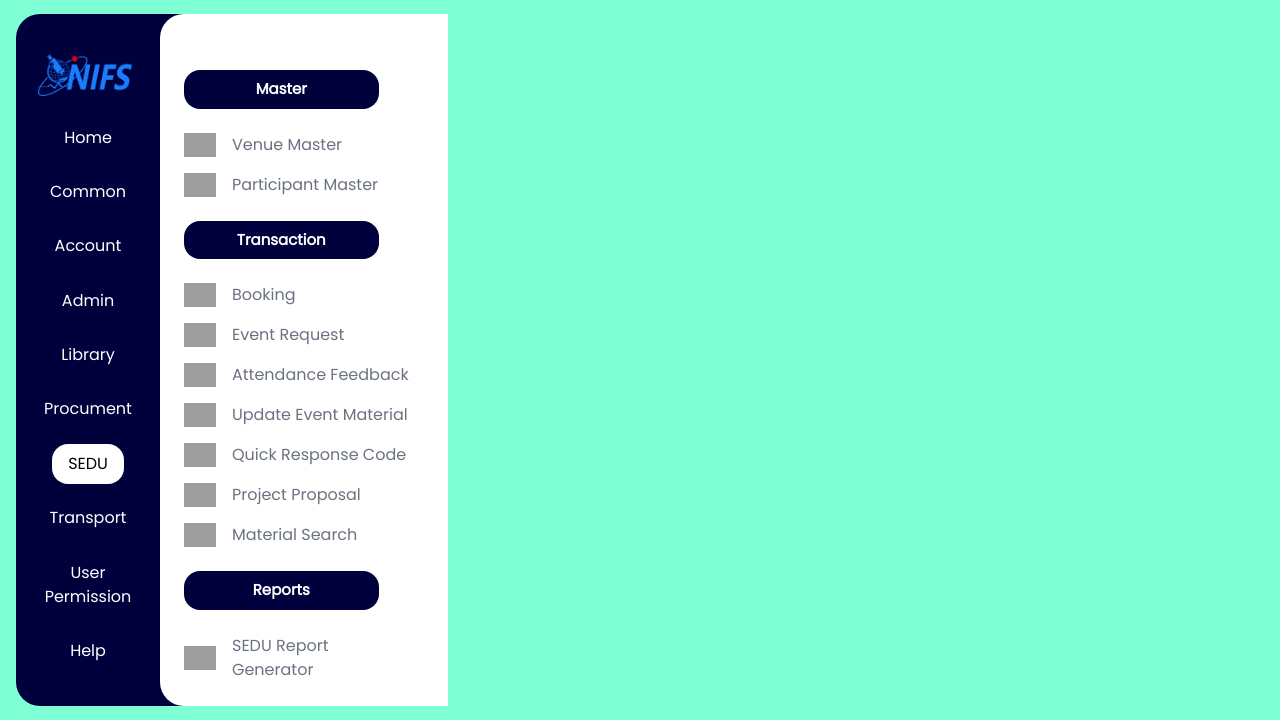
Repository: virangaj/NIFS-WebApp
Page: /sedu (app in client/)
These files come from the project's save history. The page is drawn as it stood at one moment and after the next save; the edit follows.
The browser window is 1280 px wide. The pictures show the whole page.
Pictures or frames that could not be fetched are drawn as grey boxes. The project was rebuilt for these pictures with package versions that can differ from the ones it lists, and the page was loaded fresh each time. Also part of the build but not shown: client/src/pages/Login.tsx, client/src/pages/Home.tsx, client/src/components/Transport/shared/TransportNavbar.js, client/src/pages/TransportMainPage.tsx, client/src/pages/CommonMainPage.tsx, client/src/pages/AccountMainPage.tsx, client/src/pages/AdminMainPage.tsx, client/src/pages/LibraryMainPage.js and 15 more.

Above is the page before, as saved 2022-07-30 23:47:02.

### client/public/index.html
<!DOCTYPE html>
<html lang="en">
	<head>
		<meta charset="utf-8" />
		<link rel="icon" href="nifs_logo.png" />
		<meta name="viewport" content="width=device-width, initial-scale=1" />
		<meta name="theme-color" content="#000000" />
		<meta
			name="description"
			content="Web site created using create-react-app"
		/>
		<link rel="apple-touch-icon" href="%PUBLIC_URL%/logo192.png" />
		<!--
      manifest.json provides metadata used when your web app is installed on a
      user's mobile device or desktop. See https://developers.google.com/web/fundamentals/web-app-manifest/
    -->
		<link rel="manifest" href="%PUBLIC_URL%/manifest.json" />
		<!--
      Notice the use of %PUBLIC_URL% in the tags above.
      It will be replaced with the URL of the `public` folder during the build.
      Only files inside the `public` folder can be referenced from the HTML.

      Unlike "/favicon.ico" or "favicon.ico", "%PUBLIC_URL%/favicon.ico" will
      work correctly both with client-side routing and a non-root public URL.
      Learn how to configure a non-root public URL by running `npm run build`.
    -->
		<link
			href="https://fonts.googleapis.com/css?family=Poppins"
			rel="stylesheet"
		/>
		<title>NIFS Dashboard</title>
	</head>
	<body>
		<noscript>You need to enable JavaScript to run this app.</noscript>
		<div id="root"></div>
		<!--
      This HTML file is a template.
      If you open it directly in the browser, you will see an empty page.

      You can add webfonts, meta tags, or analytics to this file.
      The build step will place the bundled scripts into the <body> tag.

      To begin the development, run `npm start` or `yarn start`.
      To create a production bundle, use `npm run build` or `yarn build`.
    -->
	</body>
</html>

### client/src/index.css
@tailwind base;
@tailwind components;
@tailwind utilities;

* {
  margin: 0;
}

body {
  font-family: 'Poppins';
  -webkit-font-smoothing: antialiased;
  -moz-osx-font-smoothing: grayscale;
  background-color: aliceblue;

}

::-webkit-scrollbar {
  display: none;
}


:root {
  --main-navbar-back: #00003c;
  --nav-title-section-back: rgba(47, 163, 72, 0.589);
  --white: #fff;
  --black: #000;
  --gray: rgba(68, 68, 68, 0.432);
  --border-radius: 10px;
  --pimary: rgb(10, 94, 133);
  --warning: #ed3d63;
  --secondary-nav-color: rgb(255, 255, 255);
}


.nav-logo {
  width: 100px;
  height: auto;
  margin-bottom: 2vh;
}

a {
  text-decoration: none;
}

.border-l-rounded {}

/* main navbar */
.main-nav-bg {
  background-color: var(--main-navbar-back) !important;
}

.main-navbar {
  background-color: var(--main-navbar-back) !important;
  width: 100% !important;
  height: 80px !important;

}

/* secondary navbar */

.sec-nav-bg {
  background-color: var(--secondary-nav-color);
}

.secondary-navbar {
  margin: auto;
}

.nav-flex-section {
  display: -webkit-flex;
  display: -ms-flexbox;
  display: flex;
  -webkit-flex-wrap: wrap;
  -ms-flex-wrap: wrap;
  flex-wrap: wrap;
  justify-content: center;
}

.nav-flex-inside {
  margin-left: 5px;
  margin-left: 5px;
}

.nav-title {
  font-size: 15px;
  text-align: center;
  color: var(--white);
  font-weight: 600;

}

.nav-title-section {
  /* border-radius: var(--border-radius);
  background-color: var(--nav-title-section-back);
  box-shadow: rgba(100, 100, 111, 0.2) 0px 7px 29px 0px;
  pointer-events: none;
  margin-left: 10px;
  margin-left: 10px; */
  background-color: var(--main-navbar-back);
}

.nav-icon {
  width: 40px;
}

.nav-link {
  display: flex;
  display: -webkit-flex;
  display: -ms-flexbox;
  flex-direction: column;
  align-items: center;
  font-size: 14px;
  margin-left: 5px;
  margin-right: 5px;
  border: none;
  box-shadow: rgba(100, 100, 111, 0.2) 0px 7px 29px 0px;
  padding: 4px 8px 6px 8px;
  margin-bottom: 10px;
  text-align: center;
  width: 125px;
  border-radius: var(--border-radius);
  background-color: var(--white);
  outline: none;
  min-height: 120px;
}

.nav-link:hover {
  color: var(--pimary);
  cursor: pointer;
  box-shadow: rgba(81, 146, 177, 0.2) 0px 7px 29px 0px;
  background-color: rgb(254, 255, 205);
  border-bottom: 2px solid var(--warning);
}


.nav-link:active {
  color: var(--pimary);
  cursor: pointer;
  box-shadow: rgba(81, 146, 177, 0.2) 0px 7px 29px 0px;
  background-color: rgb(205, 248, 255);
  border-bottom: 2px solid var(--warning);
}

.nav-link-active {
  color: var(--pimary);
  cursor: pointer;
  box-shadow: rgba(81, 146, 177, 0.2) 0px 7px 29px 0px;
  background-color: rgb(205, 248, 255);
  border-bottom: 2px solid var(--warning);
}

/* body content*/
.body-content {
  margin: auto;
  width: 90%;
  margin-top: 12vh;

}

/* main page content */
.main-content {
  width: 90%;
  margin: auto;
  margin-top: 20px;
}

/* sub page content */

.sub-body-content {
  border: 2px solid var(--gray);
  border-radius: var(--border-radius);
  padding: 10px;
}

.sub-body-title {
  font-size: 24px;
}



/* error page */
.error-page {
  border: 2px solid var(--gray);
  border-radius: var(--border-radius);
  height: 50vh;
  width: 50vw;
  margin: auto;
  margin-top: 50px;
}

.error-page-content {
  display: flex;
  flex-direction: column;
  align-items: center;
  text-align: center !important;
  margin-top: 50px;
}

.error-page-content h1 {
  font-size: 100px;
  color: var(--warning);
  font-weight: 700;
  pointer-events: none;

}

.error-page-content p {
  font-size: 20px;
  margin-bottom: 20px;
  pointer-events: none;
}


@media screen and (max-width: 1366px) {
  body {
    background-color: aquamarine;
  }

  .nav-link {
    font-size: 12px;
    padding: 4px 4px 6px 4px;
    width: 100px;
    min-height: 100px;
  }

  .nav-icon {
    width: 35px;
  }
}

### client/src/App.tsx
import React, { useEffect } from 'react';
import Navbar from './components/shared/Navbar';
import Login from './pages/Login'
import { BrowserRouter as Router, Route, Routes } from 'react-router-dom'
import Home from './pages/Home';
import TransportMainPage from './pages/TransportMainPage';
import CommonMainPage from './pages/CommonMainPage';
import AccountMainPage from './pages/AccountMainPage';
import AdminMainPage from './pages/AdminMainPage';
import LibraryMainPage from './pages/LibraryMainPage';
import ProcumentMainPage from './pages/ProcumentMainPage';
import SeduMainPage from './pages/SeduMainPage';
import UserPermissionMainPage from './pages/UserPermissionMainPage';
import NotificationMainPage from './pages/NotificationMainPage';
import HelpMainPage from './pages/HelpMainPage';
import ErrorPage from './pages/ErrorPage';
import VerticalMainNavbar from './components/shared/VerticalMainNavbar';


function App() {


  return (
    <div className='w-[98%] flex mx-auto flex-col h-[100vh]'>
      <Router>
        {/* <Navbar /> */}
        <div>
          <VerticalMainNavbar />
        </div>
        <div className='overflow-y-scroll ml-4 scroll-bar'>
          <Routes>
            <Route path="/login" element={<Login />} />
            <Route path="/" element={<Home />} />
            <Route path="/common/*" element={<CommonMainPage />} />
            <Route path="/account/*" element={<AccountMainPage />} />
            <Route path="/admin/*" element={<AdminMainPage />} />
            <Route path="/library/*" element={<LibraryMainPage />} />
            <Route path="/procument/*" element={<ProcumentMainPage />} />
            <Route path="/sedu/*" element={<SeduMainPage />} />
            <Route path="/transport/*" element={<TransportMainPage />} />
            <Route
              path="/user-permission/*"
              element={<UserPermissionMainPage />}
            />
            <Route
              path="/notification/*"
              element={<NotificationMainPage />}
            />
            <Route path="/help/*" element={<HelpMainPage />} />
            <Route path="/error-404" element={<ErrorPage />} />
          </Routes>
        </div>


      </Router>
    </div>
  );
}

export default App;

### client/src/pages/SeduMainPage.tsx
import React from 'react';
import { Route, Routes } from 'react-router-dom';
import AttendanceFeedback from '../components/sedu/AttendanceFeedback';
import EventRequest from '../components/sedu/EventRequest';
import MaterialSearch from '../components/sedu/MaterialSearch';
import ParticipantMaster from '../components/sedu/ParticipantMaster';
import ProjectProposal from '../components/sedu/ProjectProposal';
import QuickResponseCode from '../components/sedu/QuickResponseCode';
import SeduBooking from '../components/sedu/SeduBooking';
import SeduReportGenerator from '../components/sedu/SeduReportGenerator';
import SeduSecondaryNavbar from '../components/sedu/shared/SeduSecondaryNavbar';
import UpdateEventMaterial from '../components/sedu/UpdateEventMaterial';
import VenueMaster from '../components/sedu/VenueMaster';
import SecondaryNavbar from '../components/shared/SecondaryNavbar';
import Pages from '../components/data/SeduNavData.json'
import VerticalSecondaryNavbar from '../components/shared/VerticalSecondaryNavbar';

// sedu main page where all other section of sedu department can be access from here
function SeduMainPage() {
	// console.log(Pages);


	return (

		<div className="body-position" >
			{/* <SeduSecondaryNavbar /> */}
			{/* <SecondaryNavbar pages={Pages} /> */}
			{/* <div className="main-content"> */}
			<div className='secondary-nav-position'>
				<VerticalSecondaryNavbar pages={Pages} />
			</div>
			<div>
				<Routes>
					<Route path="/venue-master" element={<VenueMaster />} />
					<Route path="/participant-master" element={<ParticipantMaster />} />
					<Route path="/booking" element={<SeduBooking />} />
					<Route path="/event-request" element={<EventRequest />} />
					<Route path="/attendance-feedback" element={<AttendanceFeedback />} />
					<Route path="/update-material" element={<UpdateEventMaterial />} />
					<Route path="/quick-response" element={<QuickResponseCode />} />
					<Route path="/project-proposal" element={<ProjectProposal />} />
					<Route path="/material-search" element={<MaterialSearch />} />
					<Route path="/report-generator" element={<SeduReportGenerator />} />

				</Routes>
			</div>
		</div >);
}

export default SeduMainPage;

### client/src/components/shared/VerticalMainNavbar.tsx
import { Button } from '@mui/material'
import React from 'react'
import { Link, useLocation } from 'react-router-dom'
import Pages from '../data/MainNavPages.json'
import { HiMenuAlt2 } from "react-icons/hi";
import Logo from '../../images/nifs_logo.png'


function VerticalMainNavbar() {

    const location: any = useLocation();

    return (
        <>
            <div className='fixed left-0 w-48 top-[2vh] main-nav-bg ml-4 rounded-l-3xl'>
                <div className='h-[96vh] w-36 flex flex-col items-center py-10 px-2'>
                    <Link to='/'>
                        <img src={Logo} alt="logo" className="nav-logo" />
                    </Link>
                    {Pages.map((page, index) => (
                        location.pathname.split('/')[1] === page.link.split('/')[1] ?
                            <Link to={page.link} style={{ textDecoration: 'none' }} key={index}>
                                <button className='bg-white my-[1vh] px-4 py-2 rounded-2xl text-black'>
                                    {page.title}
                                </button>
                            </Link>
                            :
                            <Link to={page.link} style={{ textDecoration: 'none' }} key={index}>
                                <button className='my-[1vh] px-4 py-2 rounded-2xl text-white'>

                                    {page.title}
                                </button>
                            </Link>
                    ))}
                </div>
            </div>
            {/* <div className='fixed left-0 w-24 top-[2vh] visible md:invisible main-nav-bg ml-2 rounded-l-3xl'>
                <div className='h-[96vh] w-20 flex flex-col items-center py-10 px-2'>
                    <p className='text-white text-2xl cursor-pointer'>

                        <HiMenuAlt2 />
                    </p>


                </div>
            </div> */}
        </>
    )
}

export default VerticalMainNavbar

### client/src/components/shared/VerticalSecondaryNavbar.tsx
import React from 'react'
import Box from '@mui/material/Box';
import { Link, useLocation } from 'react-router-dom';
import Employees from '../data/Employee.json';

function VerticalSecondaryNavbar(props: any) {
    console.log(props.pages)
    const location = useLocation();
    const user = Employees[0];
    // const isAdmin: Boolean = user.deparment.toUpperCase() === location.pathname.split('/')[1].toUpperCase() && user.admin === true;
    const isAdmin: Boolean = true;

    console.log(isAdmin)
    const pages: any = props.pages;
    return (
        <div className='fixed left-0 w-72 top-[2vh] sec-nav-bg ml-40 rounded-l-3xl'>
            <div className='h-[96vh] w-[90%] flex flex-col items-start ml-4 py-10 px-2'>

                {pages.map((content: any, index: number) =>
                    <>
                        <div className='my-4 w-[80%] py-2 px-4 rounded-2xl nav-title-section'>
                            <p className='nav-title'>{content.section}</p>
                        </div>
                        {content.routes.map((page: any, i: number) => (
                            isAdmin ? <Link to={page.link} key={i}>
                                <div className='flex items-center'>
                                    <img src={page.img} alt={page.title} className='w-8' />
                                    <button className={location.pathname === page.link ? 'px-4 py-2 rounded-2xl text-black font-semibold text-left hover:text-blue-500 hover:font-semibold' : 'text-gray-500 px-4 py-2 text-left hover:text-blue-500 hover:font-semibold'}>{page.title}</button>
                                </div>
                            </Link> : (!page.only_admin ? <Link to={page.link} key={i}>
                                <div className='flex items-center'>
                                    <img src={page.img} alt={page.title} className='w-8' />
                                    <button className={location.pathname === page.link ? 'px-4 py-2 rounded-2xl text-black font-semibold text-left hover:text-blue-500 hover:font-semibold' : 'text-gray-500 px-4 py-2 text-left hover:text-blue-500 hover:font-semibold'}>{page.title}</button>
                                </div>
                            </Link> : "")
                        ))}
                    </>

                )}

            </div>

        </div>
    )
}

export default VerticalSecondaryNavbar

### client/src/components/data/SeduNavData.json
[
    {
        "section": "Master",
        "only_admin": false,
        "routes": [
            {
                "title": "Venue Master",
                "link": "/sedu/venue-master",
                "img": "https://img.icons8.com/fluency/50/000000/home.png",
                "only_admin": false
            },
            {
                "title": "Participant Master",
                "link": "/sedu/participant-master",
                "img": "https://img.icons8.com/fluency/50/000000/conference-foreground-selected.png",
                "only_admin": false
            }
        ]
    },
    {
        "section": "Transaction",
        "only_admin": false,
        "routes": [
            {
                "title": "Booking",
                "link": "/sedu/booking",
                "img": "https://img.icons8.com/fluency/50/000000/calendar-plus.png",
                "only_admin": false
            },
            {
                "title": "Event Request",
                "link": "/sedu/event-request",
                "img": "https://img.icons8.com/fluency/50/000000/invite.png",
                "only_admin": false
            },
            {
                "title": "Attendance Feedback",
                "link": "/sedu/attendance-feedback",
                "img": "https://img.icons8.com/fluency/50/000000/feedback-hub.png",
                "only_admin": false
            },
            {
                "title": " Update Event Material",
                "link": "/sedu/update-material",
                "img": "https://img.icons8.com/fluency/50/000000/available-updates.png",
                "only_admin": false
            },
            {
                "title": "Quick Response Code",
                "link": "/sedu/quick-response",
                "img": "https://img.icons8.com/fluency/50/000000/barcode-scanner.png",
                "only_admin": false
            },
            {
                "title": "Project Proposal",
                "link": "/sedu/project-proposal",
                "img": "https://img.icons8.com/fluency/50/000000/documents.png",
                "only_admin": false
            },
            {
                "title": "Material Search",
                "link": "/sedu/material-search",
                "img": "https://img.icons8.com/fluency/50/000000/search.png",
                "only_admin": false
            }
        ]
    },
    {
        "section": "Reports",
        "only_admin": true,
        "routes": [
            {
                "title": "SEDU Report Generator",
                "link": "/sedu/report-generator",
                "img": "https://img.icons8.com/cute-clipart/50/000000/load-from-file.png",
                "only_admin": true
            }
        ]
    }
]

### client/src/components/data/MainNavPages.json
[
    {
        "id": 0,
        "title": "Home",
        "link": "/"
    },
    {
        "id": 1,
        "title": "Common",
        "link": "/common"
    },
    {
        "id": 2,
        "title": "Account",
        "link": "/account"
    },
    {
        "id": 3,
        "title": "Admin",
        "link": "/admin"
    },
    {
        "id": 4,
        "title": "Library",
        "link": "/library"
    },
    {
        "id": 5,
        "title": "Procument",
        "link": "/procument"
    },
    {
        "id": 6,
        "title": "SEDU",
        "link": "/sedu"
    },
    {
        "id": 7,
        "title": "Transport",
        "link": "/transport"
    },
    {
        "id": 8,
        "title": "User Permission",
        "link": "/user-permission"
    },
    {
        "id": 10,
        "title": "Help",
        "link": "/help"
    }
]

### client/src/components/data/Employee.json
[
    {
        "id": 0,
        "value": "Mr. Kamal",
        "admin": true,
        "deparment": "Transpoort"
    },
    {
        "id": 1,
        "value": "Mr. Sunil",
        "admin": true,
        "deparment": "SEDU"
    },
    {
        "id": 2,
        "value": "Mr. Kusal",
        "admin": false,
        "deparment": "Transpoort"
    },
    {
        "id": 3,
        "value": "Mrs. Nayana",
        "admin": false,
        "deparment": "SEDU"
    },
    {
        "id": 4,
        "value": "Miss Rashmi",
        "admin": false,
        "deparment": "Transpoort"
    }
]

Loaded but not shown: client/src/index.tsx (common file); client/src/reportWebVitals.ts (common file); client/tailwind.config.js (common file)

After the next save:
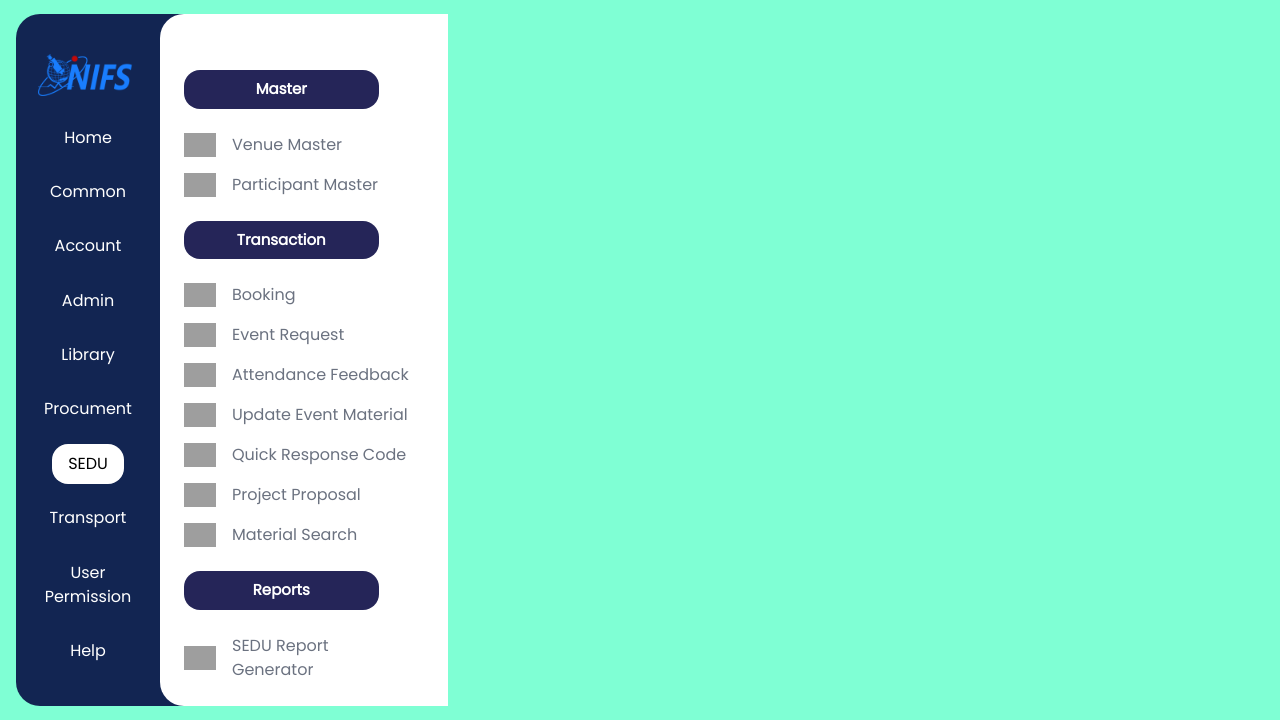
Saved 62 s later.
--- a/client/src/index.css
+++ b/client/src/index.css
@@ -20,7 +20,7 @@
 
 
 :root {
-  --main-navbar-back: #00003c;
+  --main-navbar-back: #00003cda;
   --nav-title-section-back: rgba(47, 163, 72, 0.589);
   --white: #fff;
   --black: #000;

After the save that followed:
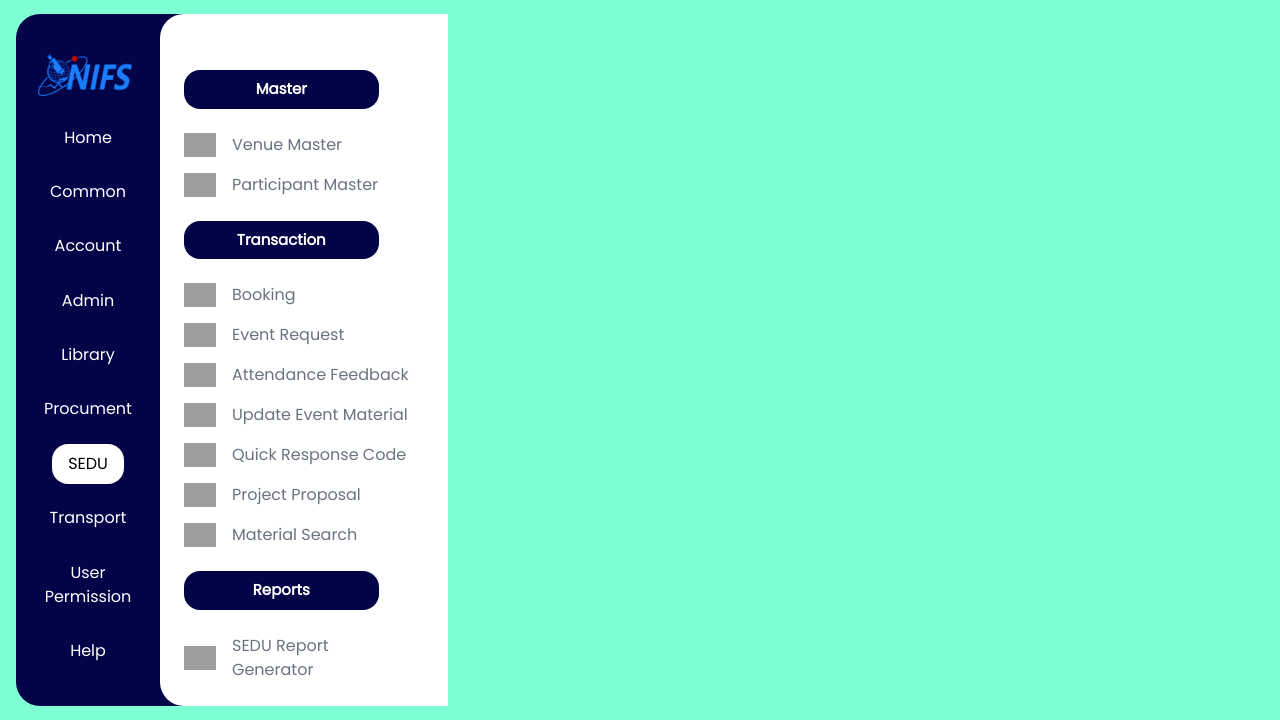
Saved 16 s later.
--- a/client/src/index.css
+++ b/client/src/index.css
@@ -20,7 +20,7 @@
 
 
 :root {
-  --main-navbar-back: #00003cda;
+  --main-navbar-back: #030347;
   --nav-title-section-back: rgba(47, 163, 72, 0.589);
   --white: #fff;
   --black: #000;
